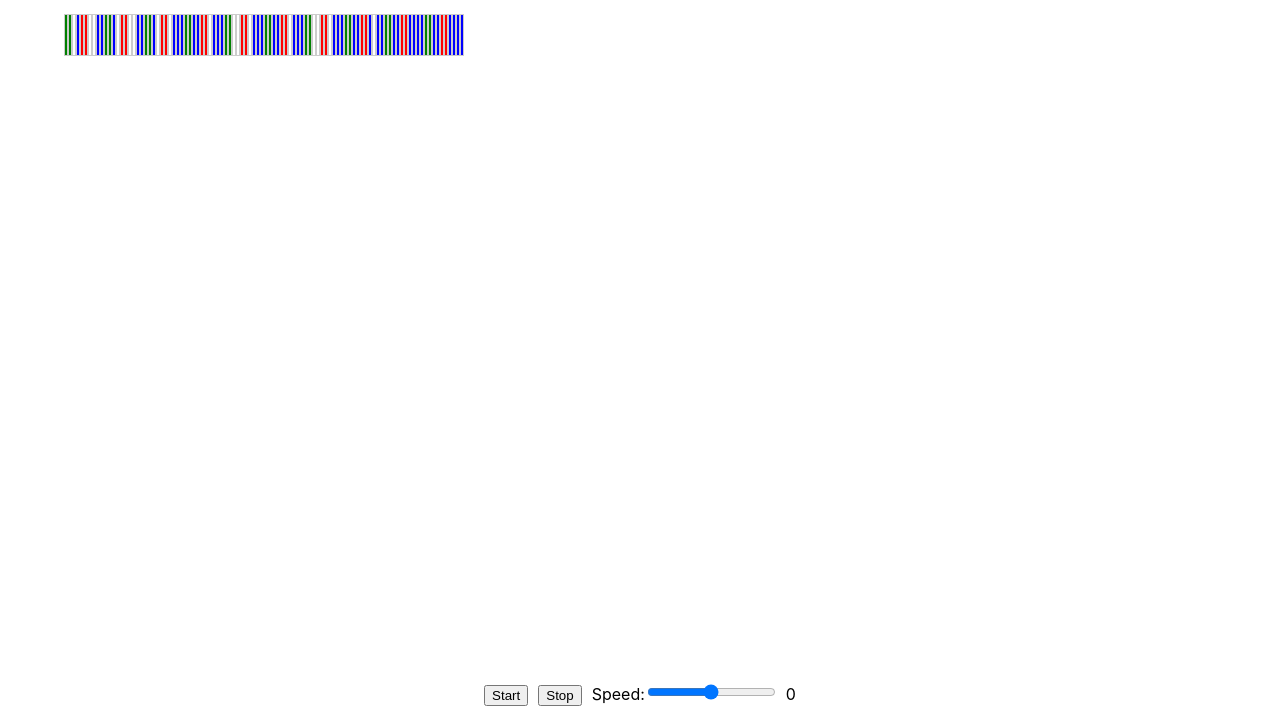
Repository: drumsmanku/grid-game
Page: / (app in client/)
These files come from the project's save history. The page is drawn as it stood at one moment and after the next save; the edit follows.
The browser window is 1280 px wide. The pictures show the whole page.
The project was rebuilt for these pictures with package versions that can differ from the ones it lists, and the page was loaded fresh each time. Also part of the build but not shown: client/src/App.css.

Above is the page before, as saved 2024-03-22 21:02:10.

After the next save:
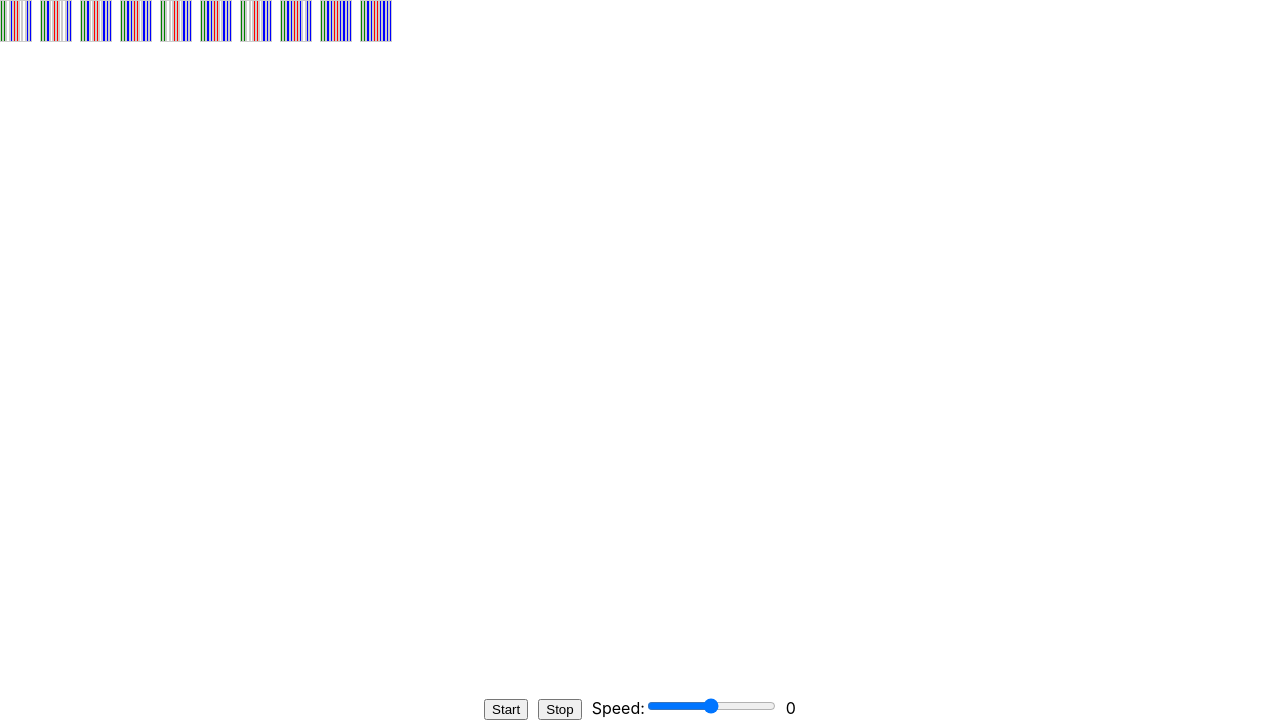
Saved 42 s later.
--- a/client/src/components/Grid.css
+++ b/client/src/components/Grid.css
@@ -8,14 +8,16 @@
 }
 
 .grid-container {
-  width: 90vw;
-  height: 90vh;
+  height: inherit;
+  width: inherit;
   display: grid;
   grid-template-columns: repeat(10, 40px);
   grid-template-rows: repeat(10, 40px);
 }
 
 .grid-row {
+  height: 80%;
+  width: 80%;
   display: flex;
 }
 
